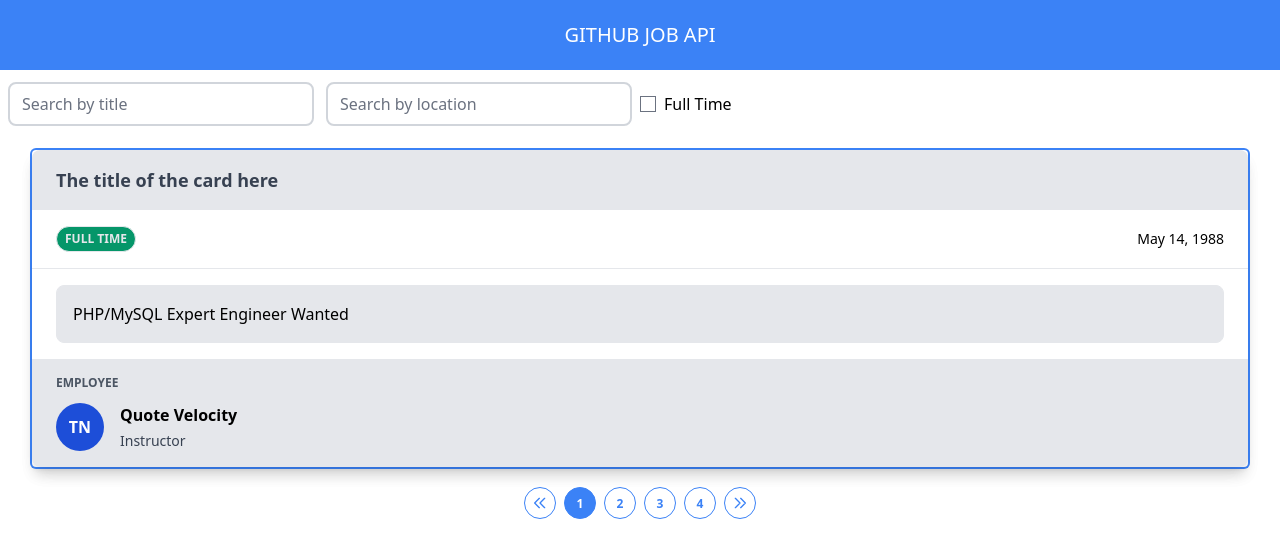
Repository: ShamroOoz/Github-job-api-React-Tailwind
Page: /
An editor plug-in stored every save of this project. The page is shown before and after the next save, followed by the edit.
The browser window is 1280 px wide. The pictures show the whole page.
The page's requests for data from a server got no answer. The project was rebuilt for these pictures with package versions that can differ from the ones it lists, and the page was loaded fresh each time. No one was signed in, and anything a server would have sent is missing. Also part of the build but not shown: craco.config.js, src/components/Spinner.js, src/components/Alert.js.

Above is the page before, as saved 2021-03-21 18:18:11.

After the next save:
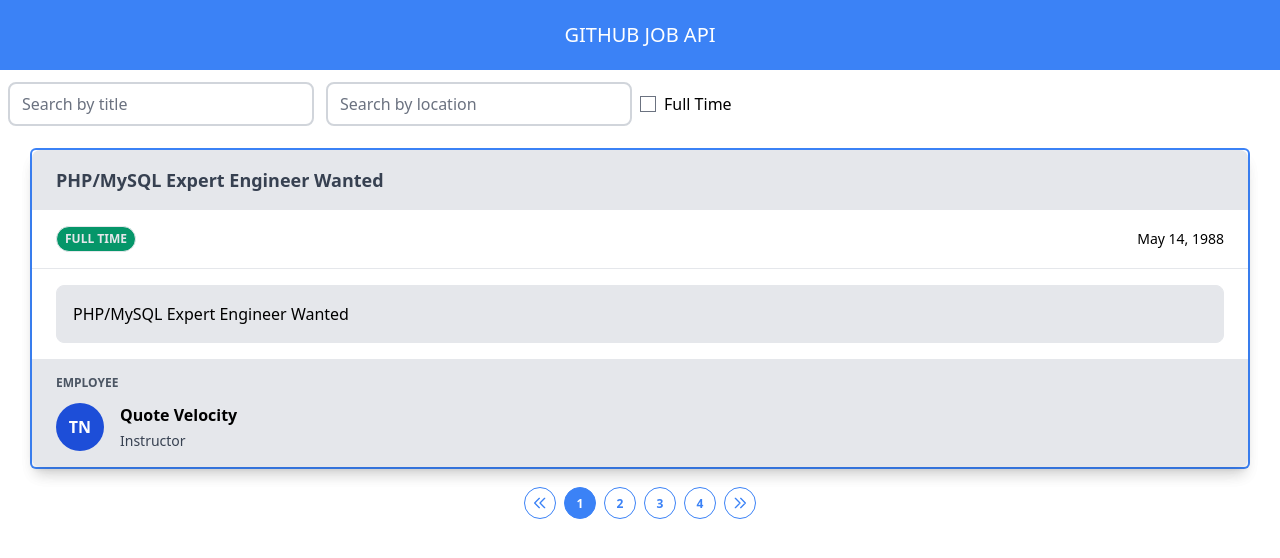
Saved 11 s later.
--- a/src/components/Reducer/Job.js
+++ b/src/components/Reducer/Job.js
@@ -5,7 +5,7 @@
     <div className="flex shadow-lg ring-2 ring-blue-500 mx-8 my-3 rounded">
       <div className="w-full flex flex-col bg-white shadow-lg rounded-lg overflow-hidden">
         <div className="bg-gray-200 text-gray-700 text-lg px-6 py-4 font-bold">
-          The title of the card here
+          PHP/MySQL Expert Engineer Wanted
         </div>
 
         <div className="flex justify-between items-center px-6 py-4">
